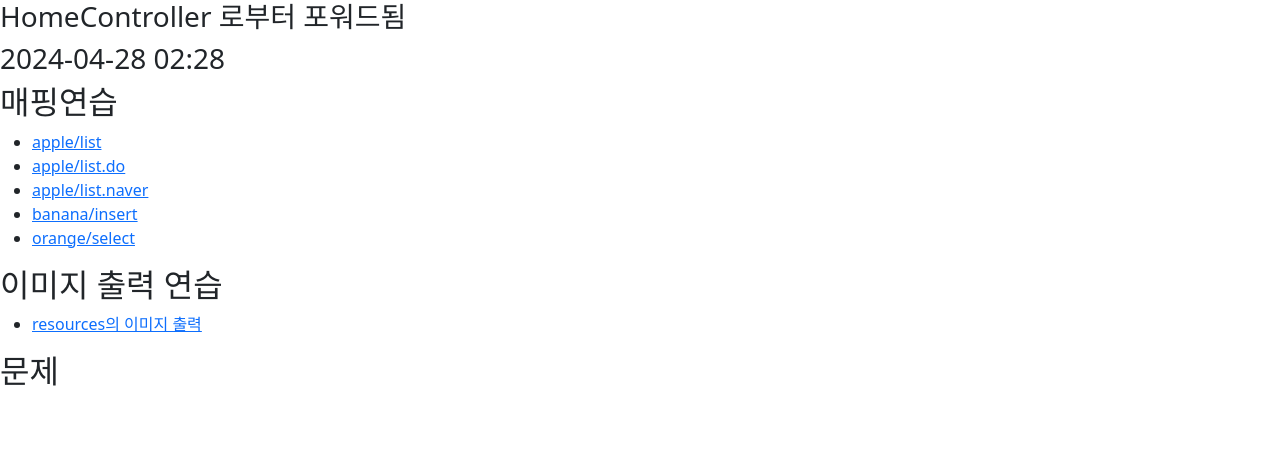
Repository: handongheee/Sist0103Project
Page: http://localhost/SpringMvcEx03/
An editor plug-in stored every save of this project. The page is shown before and after the next save, followed by the edit.
The browser window is 1280 px wide. The pictures show the whole page.
Some web fonts or font styles are not loaded; a fallback is used. The page is served by Tomcat 9. Other server files are loaded and not shown. The template is opened directly, without the code that normally fills it, so the values that code supplies are empty.

Above is the page before, as saved 2024-05-02 02:35:23.

### sts3work/SpringMvcEx03/src/main/webapp/WEB-INF/day0502/home.jsp
<%@ page language="java" contentType="text/html; charset=UTF-8"
    pageEncoding="UTF-8"%>
<%@taglib prefix="c" uri="http://java.sun.com/jsp/jstl/core" %>
<%@taglib prefix="fmt"	uri="http://java.sun.com/jsp/jstl/fmt" %>
<!DOCTYPE html>
<html>
<head>
<meta charset="UTF-8">
<script src="https://code.jquery.com/jquery-3.7.0.js"></script>
<script src="https://cdn.jsdelivr.net/npm/bootstrap@5.3.2/dist/js/bootstrap.bundle.min.js"></script>
<link
href="https://fonts.googleapis.com/css2?family=Dongle&family=Gamja+Flower&family=Gowun+Dodum&family=IBM+Plex+Sans+KR&family=Noto+Sans+KR:wght@100..900&display=swap"
rel="stylesheet">
<link href="https://cdn.jsdelivr.net/npm/bootstrap@5.3.2/dist/css/bootstrap.min.css" rel="stylesheet">
<title>home</title>
</head>
<body>
	<h3>${msg }</h3>
	<h3><fmt:formatDate value="${today }" pattern="yyyy-MM-dd HH:mm"/></h3>

	<h2>매핑연습</h2>
	<ul>
		<li><a href="apple/list">apple/list</a></li>
		<li><a href="apple/list.do">apple/list.do</a></li>
		<li><a href="apple/list.naver">apple/list.naver</a></li>
		<li><a href="banana/insert">banana/insert</a></li>
		<li><a href="orange/select">orange/select</a></li>
	</ul>

	<h2>이미지 출력 연습</h2>
	<ul>
		<li><a href="shop/detail">resources의 이미지 출력</a></li>
	</ul>

	<h2>문제</h2>
</body>
</html>

After the next save:
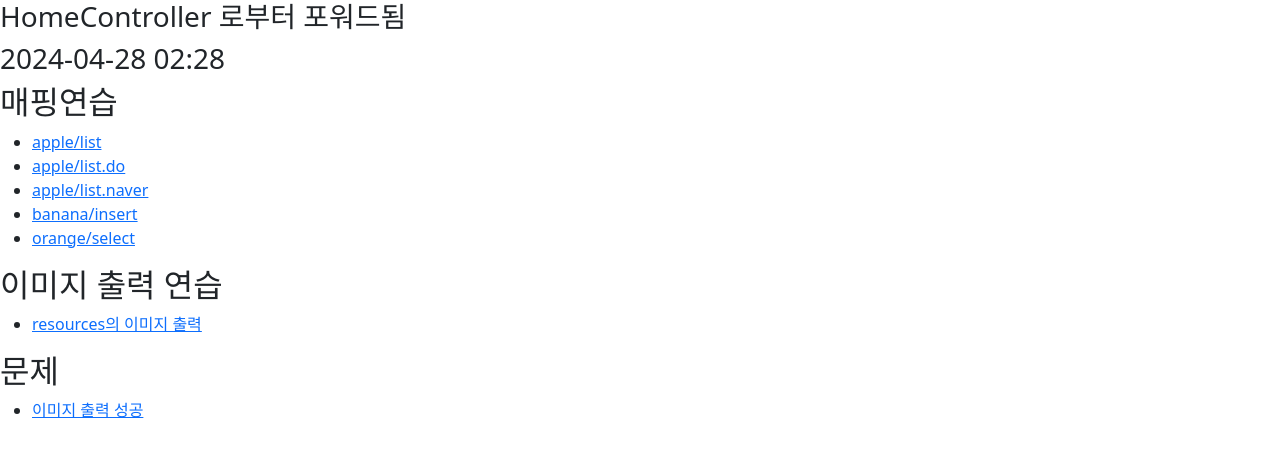
Saved 43 s later.
--- a/sts3work/SpringMvcEx03/src/main/webapp/WEB-INF/day0502/home.jsp
+++ b/sts3work/SpringMvcEx03/src/main/webapp/WEB-INF/day0502/home.jsp
@@ -33,5 +33,8 @@ rel="stylesheet">
 	</ul>
 
 	<h2>문제</h2>
+	<ul>
+		<li><a href="sist/java/four">이미지 출력 성공</a></li>
+	</ul>
 </body>
 </html>
